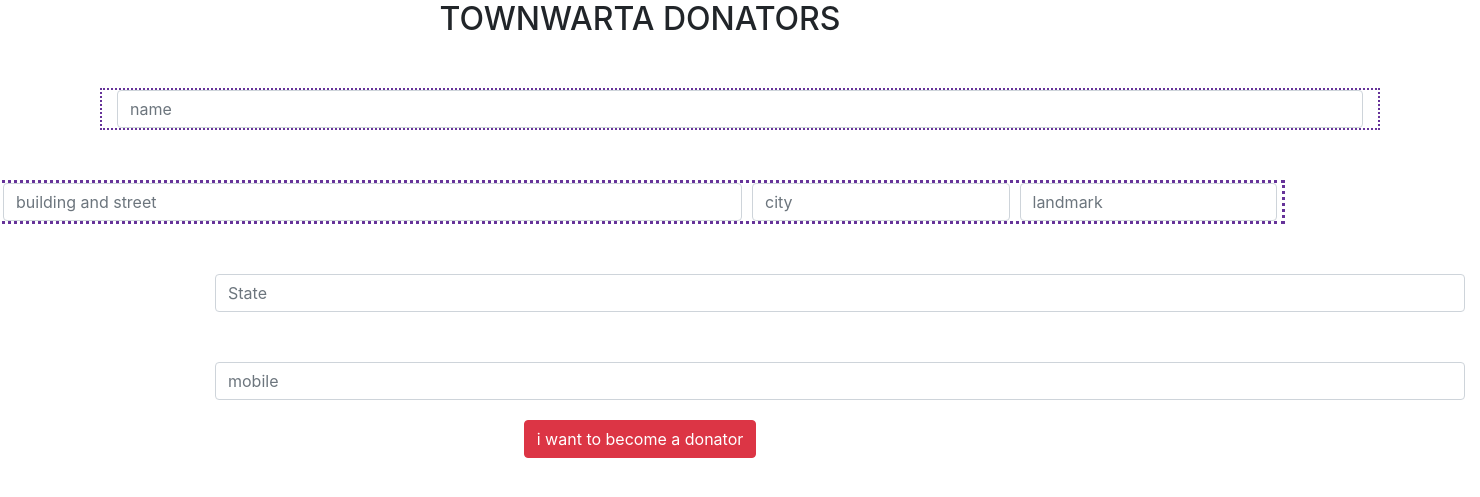
Repository: shivanand1988-28-06/townwarta
Page: http://localhost/donator/donator
The author's editor kept a copy of each file at every save. The page is drawn from the files as they stood at one save, then again after the next save.
The browser window is 1280 px wide. The page is 1480 px wide, so the pictures cover 1480 px, including what lies to the right of the window. The pictures show the whole page.
The page is served by the project's Node server (Townwarta.js). Other server files are loaded and not shown.

Above is the page before, as saved 2022-08-30 22:48:08.

### views/articles/donator.ejs

<!DOCTYPE html>
<html lang="en">
<head>
  <meta charset="UTF-8">
  <meta name="viewport" content="width=device-width, initial-scale=1.0">
  <link rel="stylesheet" href="https://maxcdn.bootstrapcdn.com/bootstrap/4.0.0/css/bootstrap.min.css" integrity="sha384-Gn5384xqQ1aoWXA+058RXPxPg6fy4IWvTNh0E263XmFcJlSAwiGgFAW/dAiS6JXm" crossorigin="anonymous">
  <meta http-equiv="X-UA-Compatible" content="ie=edge">
  <title>TOWNWARTA</title>
</head>
<body>
    <h2 style = "text-align : center ">TOWNWARTA DONATORS</h2>
    <form >
        <div class="col" style = "margin : 50px 100px 50px 100px; border: 2px rebeccapurple dotted">
            <input type="text" name = "name" id = "name"class="form-control" placeholder="name">
          </div>
        <div class="form-row" style = "border: 3px rebeccapurple dotted;">

          <div class="col-7">
            <input type="text"name = "street" class="form-control" placeholder="building and street">
          </div>
          <div class="col">
            <input type="text" name = "city" class="form-control" placeholder="city">
          </div>
          <div class="col">
            <input type="text" name = "landmark"class="form-control" placeholder="landmark">
          </div>

        </div>
        <div class="col" style = "margin : 50px 200px">
            <input type="text" name = "state" class="form-control" placeholder="State">
          </div>
          <div class="col" style = "margin : 10px 200px ">
            <input type="number" name = "mobile" class="form-control" placeholder="mobile">
          </div>
        <div style = "text-align: center; margin-top: 20px;">
            <button type="submit" class="btn btn-danger">i want to become a donator</button>
        </div>
      </form>
</body>

### Townwarta.js

require("dotenv").config();
const express = require("express");
const mongoose = require("mongoose");
const articleRouter = require("./routes/articles");
const userRouter = require("./routes/user");
const connectDB = require("./db/connect");
const app = express();
const Article= require("./models/article");
const methodOverride = require("method-override")
const port = process.env.PORT || 3000
const path = require("path");
const donatorRouter = require("./routes/donator")

app.set("views" , path.join(__dirname , "views"))
app.set("view engine", "ejs");
// app.use(express.json());
 app.use(express.urlencoded({extended:false}));
app.use(express.static(path.join(__dirname, "public")));
app.use(methodOverride("_method"));

  app.get("/", async (req,res)=>{
    const articles = await Article.find();
    res.render("articles/index" , {articles:articles});
  });

  app.use("/" , userRouter);

app.use("/articles" , articleRouter );

app.use("/donator" , donatorRouter)
console.log(Article)


const start = async () =>{

try{

    await connectDB( process.env.MONGO_URI );
    app.listen(port,()=>{ console.log(`app is running over port ${port}`)});

}catch(error) {

    console.log(error);

}

}

start();

### routes/donator.js
const express = require("express");
const donatorRouter = express.Router();
const Donator = require("../models/donator");



donatorRouter.post("/donator", async(req,res) => {
    let {name , createdAt , address} = req.body ;
    let donator = await Donator.create({name : name , createdAt : createdAt , address : address});

} );

donatorRouter.get("/donator" , (req,res)=>{
    res.render("articles/donator");
})

module.exports = donatorRouter

After the next save:
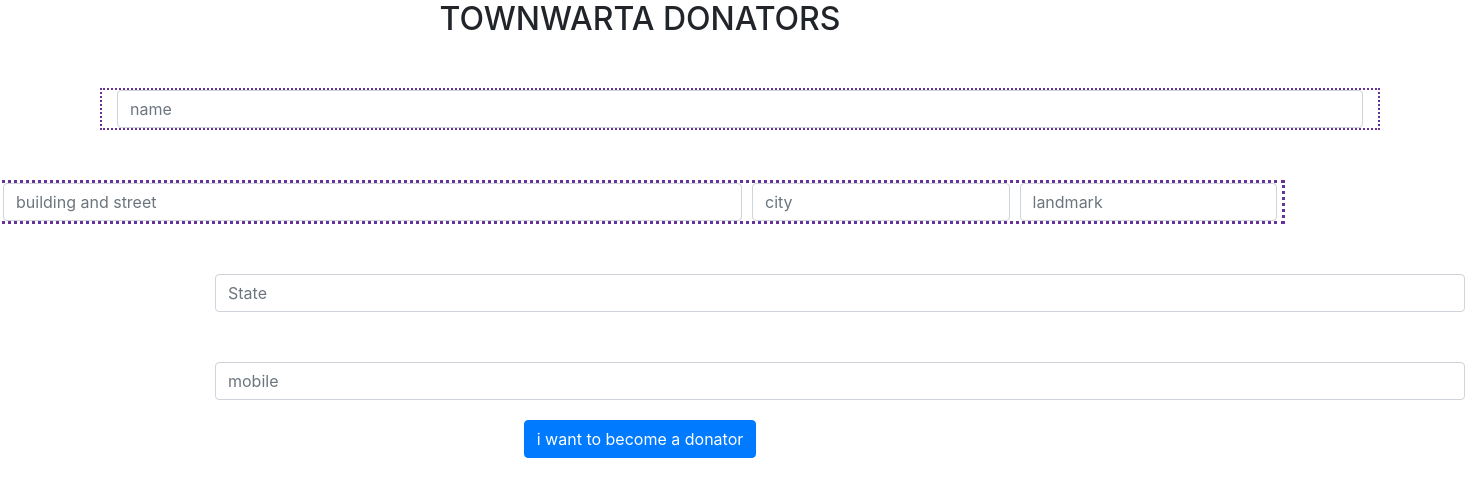
Saved 23 s later.
--- a/views/articles/donator.ejs
+++ b/views/articles/donator.ejs
@@ -34,7 +34,7 @@
             <input type="number" name = "mobile" class="form-control" placeholder="mobile">
           </div>
         <div style = "text-align: center; margin-top: 20px;">
-            <button type="submit" class="btn btn-danger">i want to become a donator</button>
+            <button type="submit" class="btn btn-primary">i want to become a donator</button>
         </div>
       </form>
 </body>
